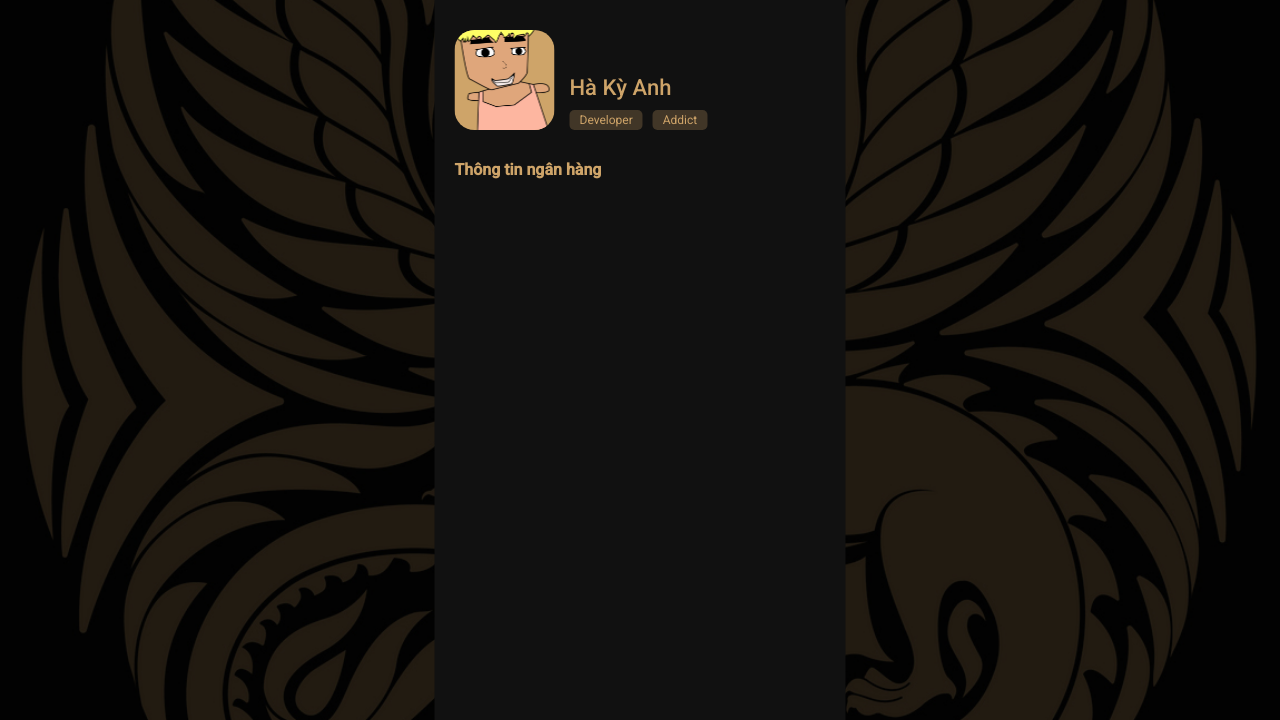
Repository: yzarc204/nguyen-tien-viet-hoang
Page: thong-tin-thanh-toan/index.html
An editor plug-in stored every save of this project. The page is shown before and after the next save, followed by the edit.
The browser window is 1280 px wide. The pictures show the whole page.

Above is the page before, as saved 2021-09-27 13:55:43.

After the next save:
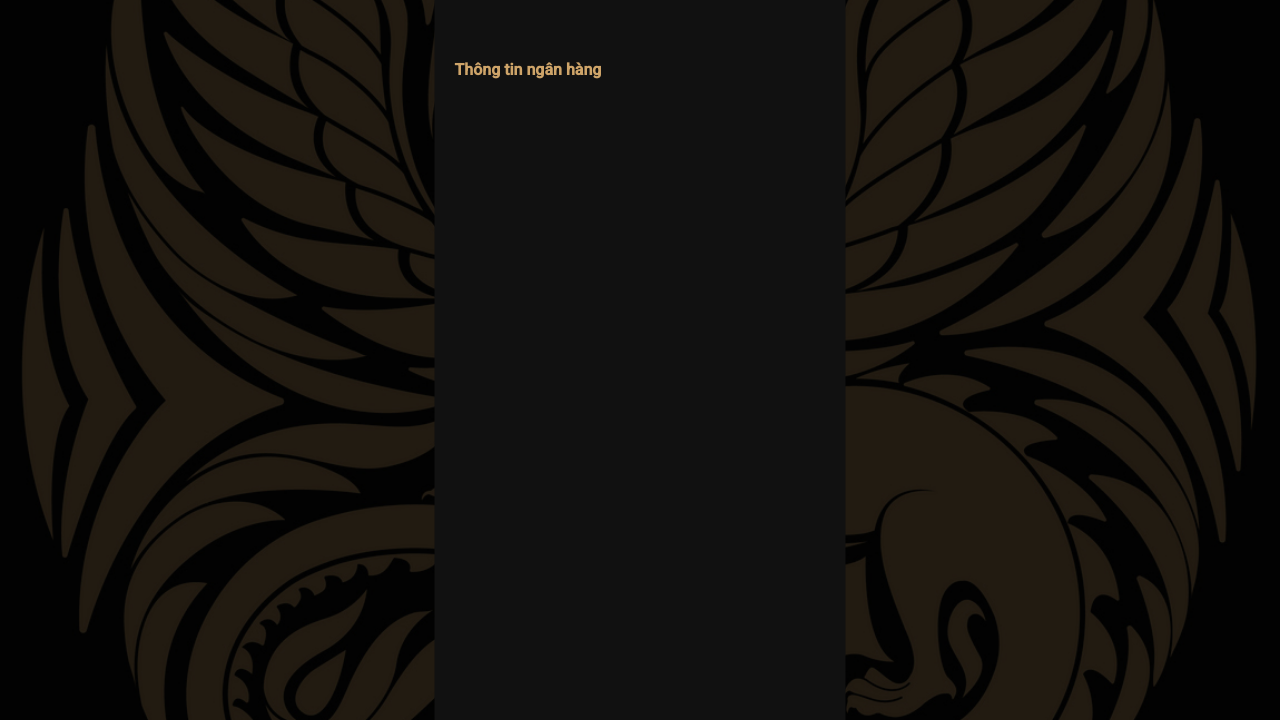
Console error: SyntaxError: Identifier 'elmProfileHeader' has already been declared
Saved 48 s later.
--- a/thong-tin-thanh-toan/public/js/render.js
+++ b/thong-tin-thanh-toan/public/js/render.js
@@ -1,3 +1,4 @@
+const elmProfileHeader = document.querySelector('.profile-header');
 const elmProfileHeader = document.querySelector('.profile-header');
 
 function RenderProfileHeader(username, avatar, skills = []) {

After the save that followed:
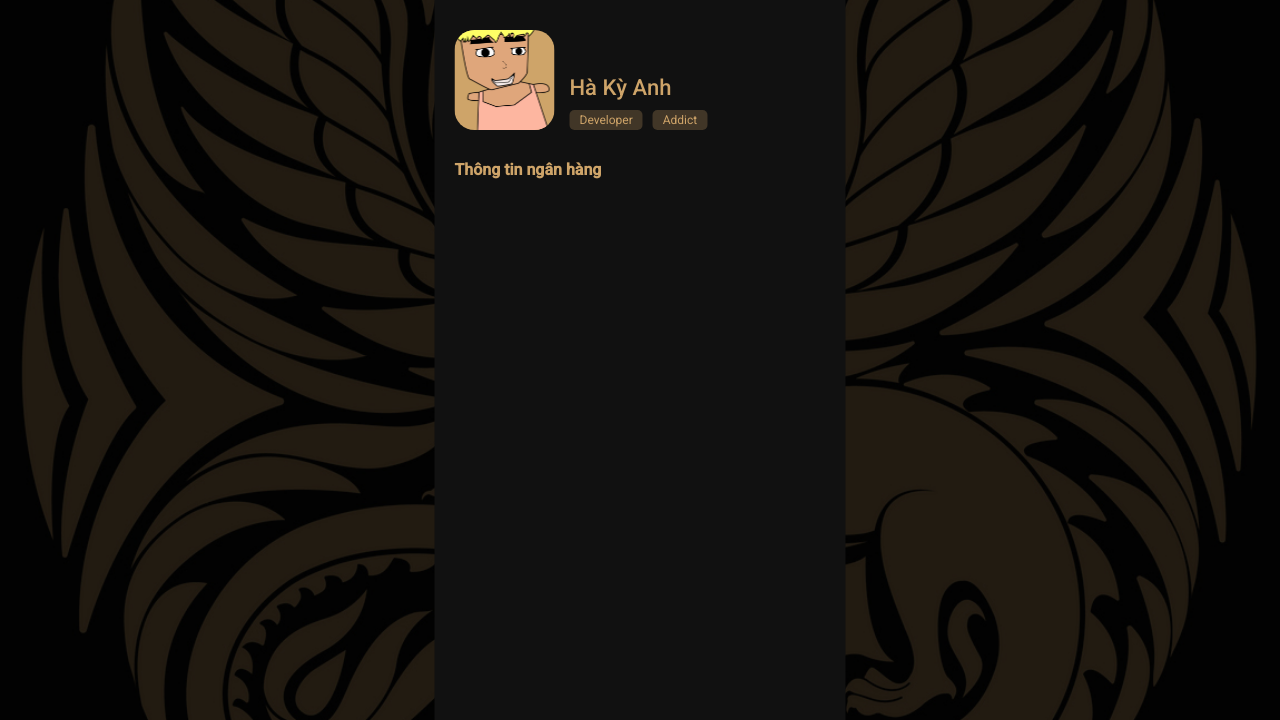
The error is gone.
Saved 7 s later.
--- a/thong-tin-thanh-toan/public/js/render.js
+++ b/thong-tin-thanh-toan/public/js/render.js
@@ -1,5 +1,5 @@
 const elmProfileHeader = document.querySelector('.profile-header');
-const elmProfileHeader = document.querySelector('.profile-header');
+const elmBanks = document.querySelector('.profile-header');
 
 function RenderProfileHeader(username, avatar, skills = []) {
     let htmlSkill = '';
